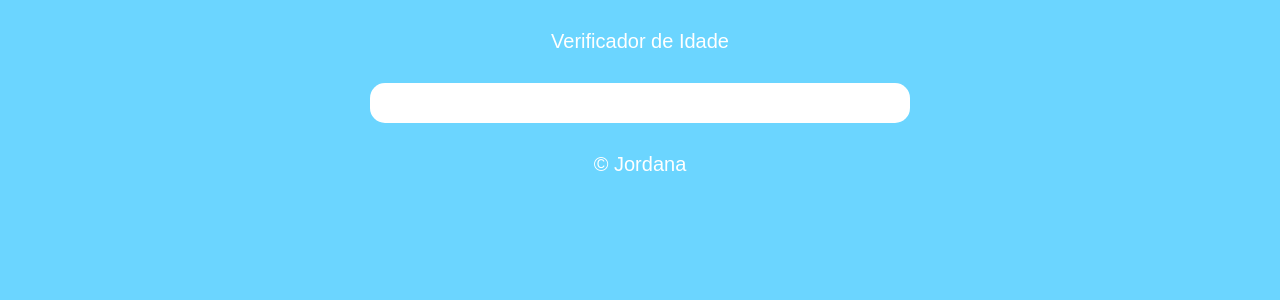
Repository: Iamjordana/Curso-JavaScript
Page: desafio/d02/index.html
An editor plug-in stored every save of this project. The page is shown before and after the next save, followed by the edit.
The browser window is 1280 px wide. The pictures show the whole page.

Above is the page before, as saved 2025-02-20 13:36:18.

After the next save:
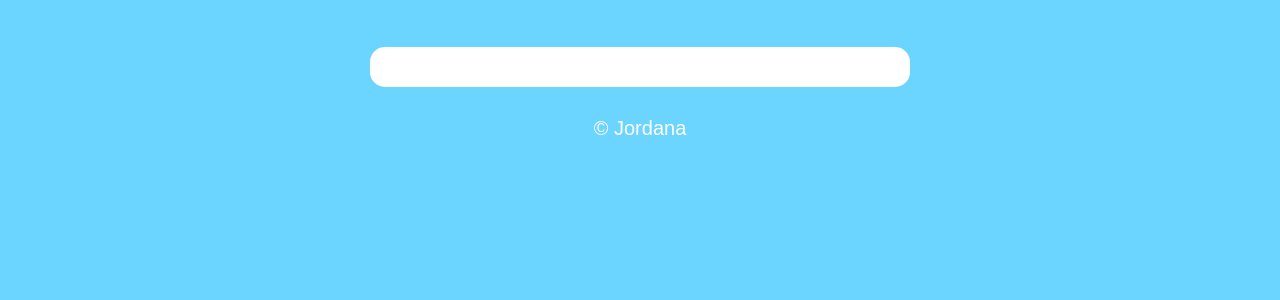
Saved 9 s later.
--- a/desafio/d02/index.html
+++ b/desafio/d02/index.html
@@ -8,7 +8,7 @@
 </head>
 <body>
     <header>
-        <p>Verificador de Idade</p>
+        <h1></h1>
     </header>
     <section>
         <div>
